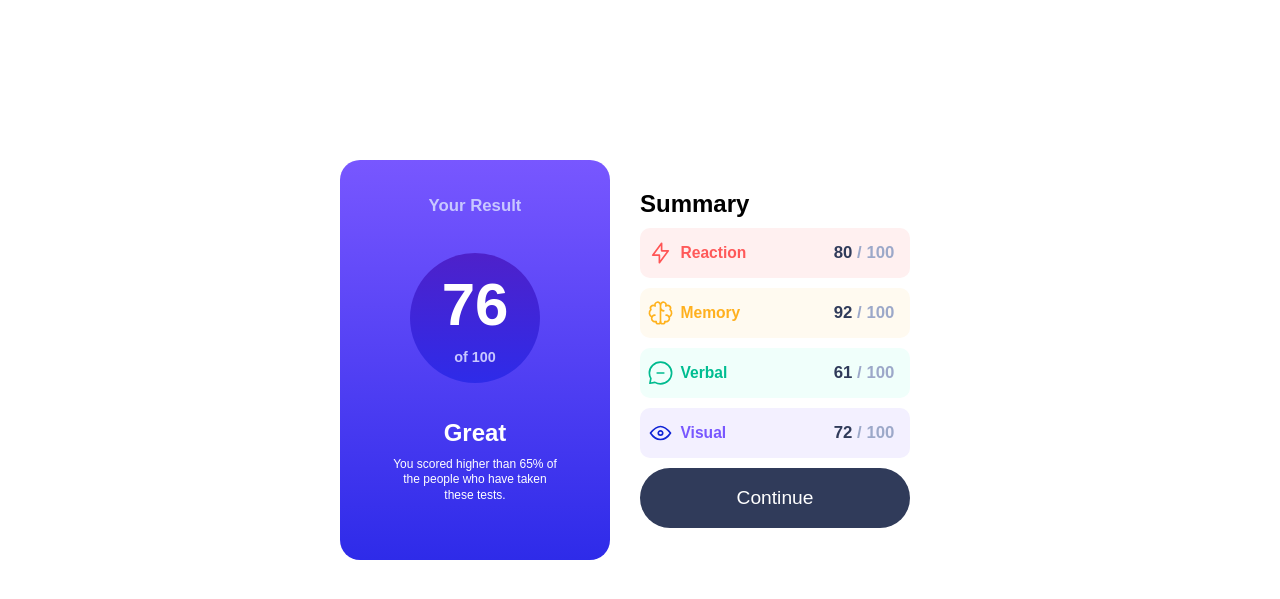
Repository: limaneto/frontend-mentor-results-summary
Page: index.html
The author's editor kept a copy of each file at every save. The page is drawn from the files as they stood at one save, then again after the next save.
The browser window is 1280 px wide. The pictures show the whole page.

Above is the page before, as saved 2023-11-06 10:40:13.

### index.html
<!DOCTYPE html>
<html lang="en">
  <head>
    <meta charset="UTF-8">
    <meta name="viewport" content="width=device-width, initial-scale=1.0">
    <link rel="stylesheet" href="style.css">
  </head>
  <body>
    <main>
      <section id='result'>
        <h1>Your Result</h1>
        <span id='score'>
          <h2>76</h2>
          <h3>of 100</h3>
        </span>
        <span id='score-message'>
          <h4>Great</h4>
          <h5>You scored higher than 65% of the people who have taken these tests.</h5>
        </span>
      </section>
      <summary>
        <h2>Summary</h2>
        <ul>
          <li id='reaction'>
            <img id='icons' src="./assets/images/icon-reaction.svg" alt="Lightning">
            Reaction
            <span>
              80 <span>/ 100</span>
            </span>
          </li>
          <li id='memory'>
            <img id='icons' src="./assets/images/icon-memory.svg" alt="Brain">
            Memory
            <span>
              92 <span>/ 100</span>
            </span>
          </li>
          <li id='verbal'>
            <img id='icons' src="./assets/images/icon-verbal.svg" alt="Cloud">
            Verbal
            <span>
              61 <span>/ 100</span>
            </span>
          </li>
          <li id='visual'>
            <img id='icons' src="./assets/images/icon-visual.svg" alt="Eye">
            Visual
            <span>
              72 <span>/ 100</span>
            </span>
          </li>
        </ul>
        <button>Continue</button>
      </summary>
    </main>
  </body>
</html>

### style.css
:root {
  --red: #ff5959;
  --orangey:	#ffb01f;
  --green: #00bd91;
  --blue: #1125d4;
  --pale-blue: #ebf1ff;
  --white: #ffffff;
  --dark-gray-blue: #303b5a;
  --lavender: #c8c7ff;
  --g-slate-blue: #7857ff;
  --g-royal-blue: #2e2be9;
  --g-violet-blue: #4e21ca;
  --g-persian-blue: #2421ca;
}

@font-face {
  font-family: 'HankenGrotesk', sans-serif;
  src: url(./assets/fonts//HankenGrotesk-VariableFont_wght.ttf);
}

* {
  box-sizing: border-box;
  margin: 0;
  padding: 0;
  overflow: hidden;
}

html, body {
  font-size: 62.5%;
  font-family: 'HankenGrotesk', sans-serif;
  height: 100vh;
  width: 100vw;
}

li {
  display: block;
}

main {
  height: 100%;
  width: 100%;
}

section {
  display: flex;
  flex-direction: column;
  align-items: center;
  justify-content: space-evenly;
  height: 40%;
  background: linear-gradient(0deg, var(--g-royal-blue), var(--g-slate-blue));
  border-bottom-left-radius: 30px;
  border-bottom-right-radius: 30px;
  color: var(--white);
}

section > h1 {
  font-size: 1.4rem;
  color: var(--lavender);
}

#score {
  display: flex;
  flex-direction: column;
  justify-content: center;
  gap: 10px;
  text-align: center;
  height: 130px;
  width: 130px;
  border-radius: 6rem;
  background: linear-gradient(180deg, var(--g-violet-blue), var(--g-royal-blue));
}

#score > h2 {
  font-size: 2rem;
  font-size: 5rem;
}

#score > h3 {
  font-size: 1.2rem;
  color: var(--lavender);
}

#score-message {
  text-align: center;
}

#score-message > h4 {
  font-size: 2.2rem;
}

#score-message > h5 {
  padding: 10px 4rem;
  line-height: 2.2rem;
  font-size: 1.5rem;
  font-weight: 400;
  margin-bottom: 10px;
}

summary {
  padding: 30px;
}

summary > h2 {
  font-size: 2rem;
}

summary > ul > li {
  font-size: 1.3rem;
  font-weight: bold;
  display: flex;
  align-items: center;
  width: 100%;
  height: 60px;
  border-radius: 10px;
  background-color: #00bd91;
  margin: 24px 0;
}

#reaction {
  color: var(--red);
  background-color: hsl(0, 100%, 97%);
}

#memory {
  color: var(--orangey);
  background-color: hsl(39, 100%, 97%);
}

#verbal {
  color: var(--green);
  background-color: hsl(166, 100%, 97%);
}

#visual {
  color: var(--g-slate-blue);
  background-color: hsl(252, 100%, 97%);
}

#icons {
  width: 15%;
  height: 2.2rem;
}

li > span {
  color: var(--dark-gray-blue);
  font-size: 1.4rem;
  margin-right: 1.3rem;
  margin-left: auto;
}

li > span > span {
  color: hsl(224, 30%, 70%);
}

summary > button {
  background-color: var(--dark-gray-blue);
  width: 100%;
  height: 60px;
  color: var(--white);
  border: none;
  border-radius: 3.2rem;
  font-size: 1.6rem;
}

@media screen and (min-width: 768px) {
  html, body {
    display: flex;
    align-items: center;
    justify-content: center;
    font-size: 75%;
  }

  main {
    max-width: 600px;
    max-height: 400px;
    display: flex;
    align-items: center;
    justify-content: center;
  }

  section {
    flex: 1;
    height: 100%;
    border-radius: 20px;
  }

  summary {
    flex: 1;
    height: 100%;
  }

  #score-message > h4 {
    font-size: 2rem;
  }

  #score-message > h5 {
    line-height: 1.3rem;
    font-size: 1rem;
  }

  summary > ul > li {
    height: 50px;
    margin: 10px 0;
  }

}

After the next save:
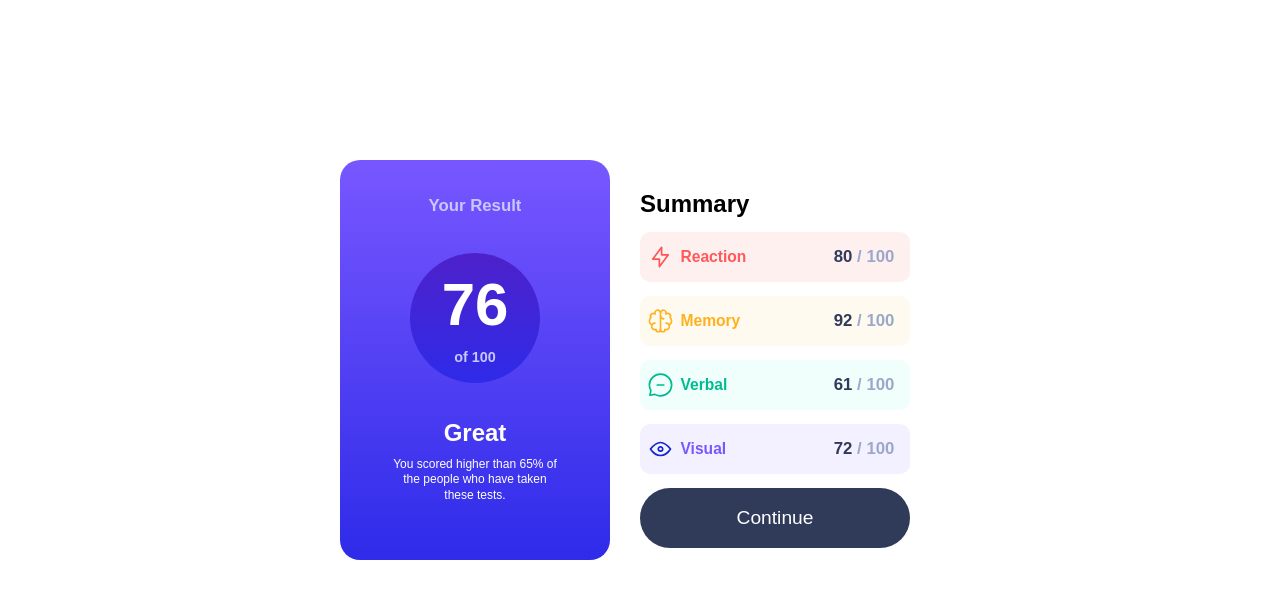
Saved 8 s later.
--- a/style.css
+++ b/style.css
@@ -200,7 +200,7 @@ summary > button {
 
   summary > ul > li {
     height: 50px;
-    margin: 10px 0;
-  }
-
-}
+    margin: 14px 0;
+  }
+
+}
